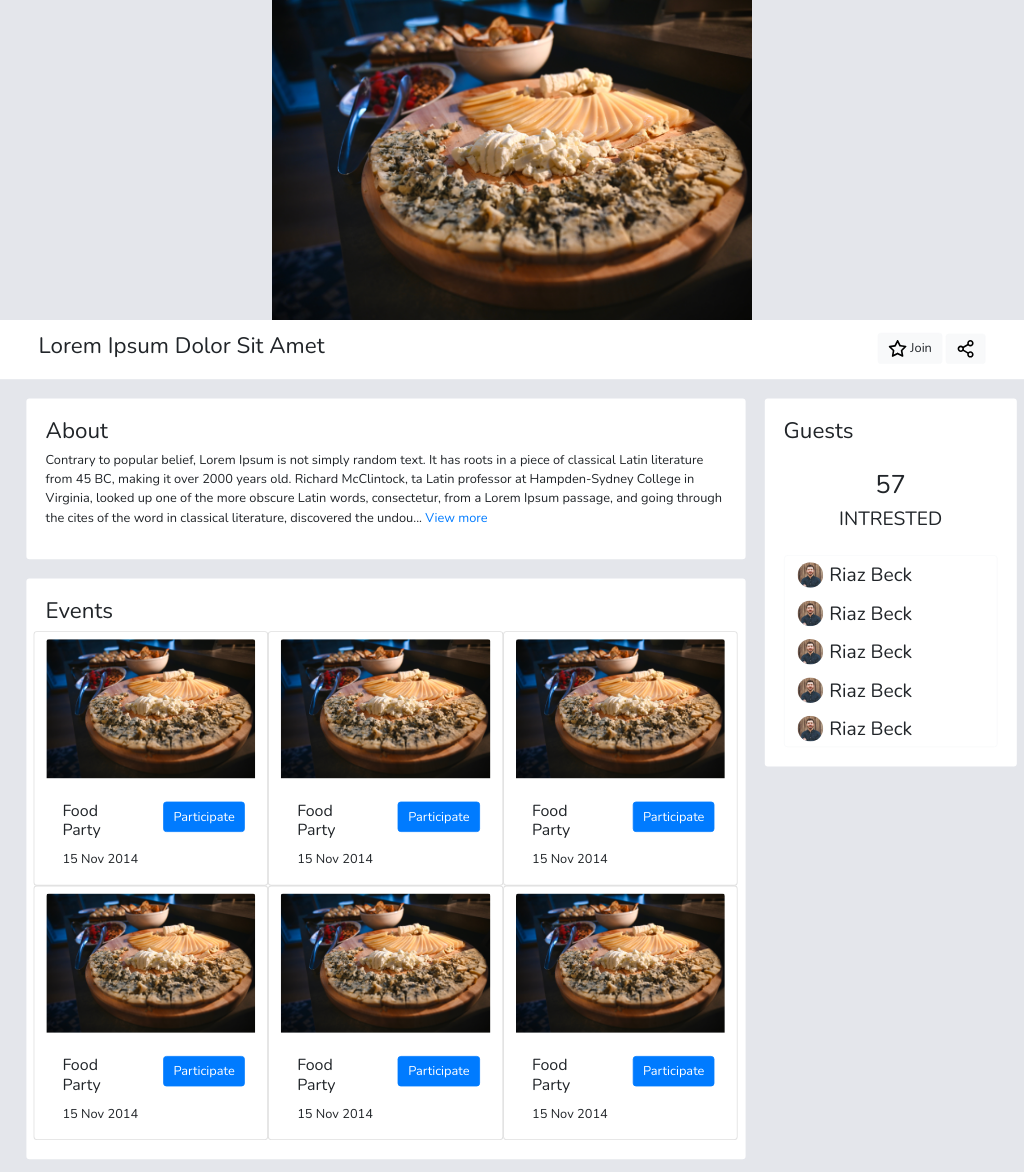
Repository: iamrachid/ensaevents
Page: club.html
The author's editor kept a copy of each file at every save. The page is drawn from the files as they stood at one save, then again after the next save.
The browser window is 1280 px wide. The pictures show the whole page, at 80% of full size.

Above is the page before, as saved 2021-11-25 19:25:44.

After the next save:
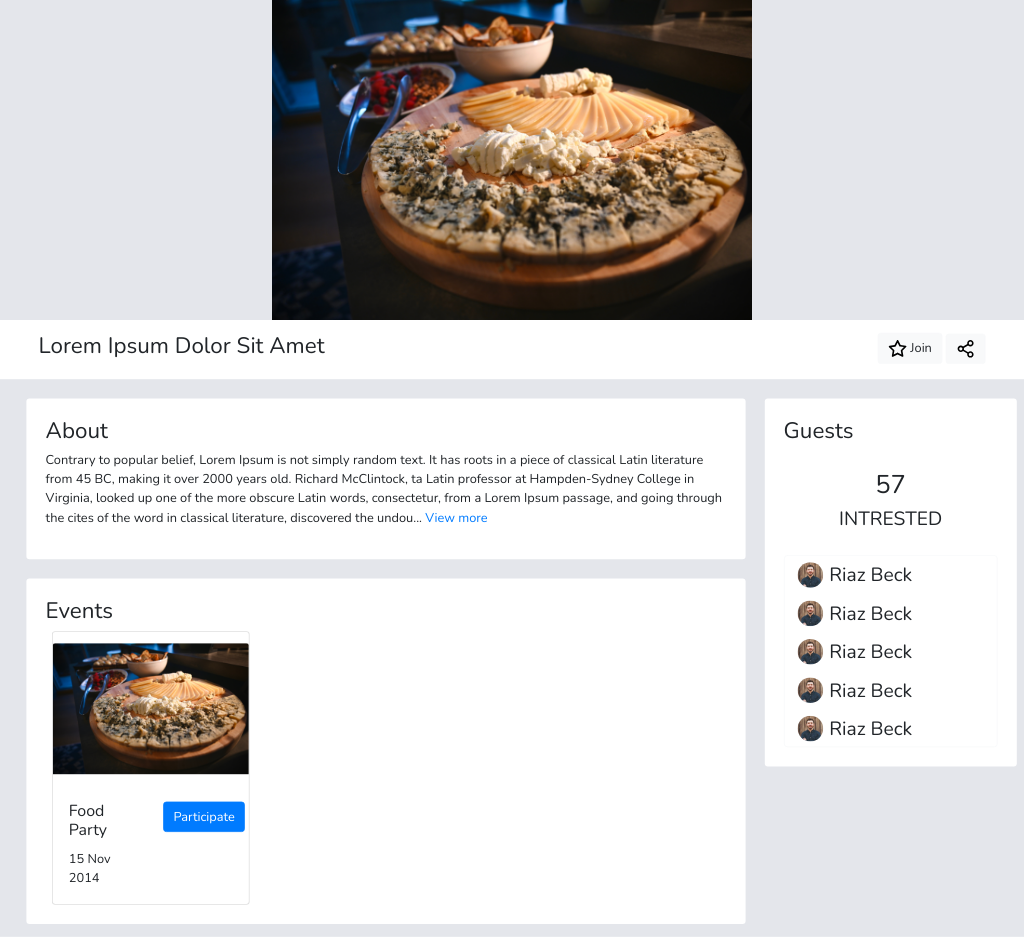
Saved 111 s later.
--- a/club.html
+++ b/club.html
@@ -107,91 +107,22 @@
                 <div class="bg-white mt-4 p-4 rounded">
                     <h3>Events</h3>
                     <div class="row">
-                        <div class="card rounded col-12 col-sm-6 col-md-4">
-                            <div class="card-img-box">
-                                <img class="card-img-top" src="assets/img/card-1.jpg" alt="Card image cap">
-                            </div>
-                            <div class="card-body row">
-                                <div class="col-6">
-                                    <h5 class="card-title">Food Party</h5>
-                                    <p class="card-text">15 Nov 2014</p>
+                        <div class="col-12 col-sm-6 col-md-4">
+                            <div class="card rounded mx-0 mx-sm-1 mx-md-2">
+                                <div class="card-img-box">
+                                    <img class="card-img-top" src="assets/img/card-1.jpg" alt="Card image cap">
                                 </div>
-                                <div class="col-6 text-right">
-                                    <a href="#" class="btn btn-primary">Participate</a>
+                                <div class="card-body row">
+                                    <div class="col-6">
+                                        <h5 class="card-title">Food Party</h5>
+                                        <p class="card-text">15 Nov 2014</p>
+                                    </div>
+                                    <div class="col-6 text-right">
+                                        <a href="#" class="btn btn-primary">Participate</a>
+                                    </div>
                                 </div>
                             </div>
                         </div>
-                        <div class="card rounded col-12 col-sm-6 col-md-4">
-                            <div class="card-img-box">
-                                <img class="card-img-top" src="assets/img/card-1.jpg" alt="Card image cap">
-                            </div>
-                            <div class="card-body row">
-                                <div class="col-6">
-                                    <h5 class="card-title">Food Party</h5>
-                                    <p class="card-text">15 Nov 2014</p>
-                                </div>
-                                <div class="col-6 text-right">
-                                    <a href="#" class="btn btn-primary">Participate</a>
-                                </div>
-                            </div>
-                        </div>
-                        <div class="card rounded col-12 col-sm-6 col-md-4">
-                            <div class="card-img-box">
-                                <img class="card-img-top" src="assets/img/card-1.jpg" alt="Card image cap">
-                            </div>
-                            <div class="card-body row">
-                                <div class="col-6">
-                                    <h5 class="card-title">Food Party</h5>
-                                    <p class="card-text">15 Nov 2014</p>
-                                </div>
-                                <div class="col-6 text-right">
-                                    <a href="#" class="btn btn-primary">Participate</a>
-                                </div>
-                            </div>
-                        </div>
-                        <div class="card rounded col-12 col-sm-6 col-md-4">
-                            <div class="card-img-box">
-                                <img class="card-img-top" src="assets/img/card-1.jpg" alt="Card image cap">
-                            </div>
-                            <div class="card-body row">
-                                <div class="col-6">
-                                    <h5 class="card-title">Food Party</h5>
-                                    <p class="card-text">15 Nov 2014</p>
-                                </div>
-                                <div class="col-6 text-right">
-                                    <a href="#" class="btn btn-primary">Participate</a>
-                                </div>
-                            </div>
-                        </div>
-                        <div class="card rounded col-12 col-sm-6 col-md-4">
-                            <div class="card-img-box">
-                                <img class="card-img-top" src="assets/img/card-1.jpg" alt="Card image cap">
-                            </div>
-                            <div class="card-body row">
-                                <div class="col-6">
-                                    <h5 class="card-title">Food Party</h5>
-                                    <p class="card-text">15 Nov 2014</p>
-                                </div>
-                                <div class="col-6 text-right">
-                                    <a href="#" class="btn btn-primary">Participate</a>
-                                </div>
-                            </div>
-                        </div>
-                        <div class="card rounded col-12 col-sm-6 col-md-4">
-                            <div class="card-img-box">
-                                <img class="card-img-top" src="assets/img/card-1.jpg" alt="Card image cap">
-                            </div>
-                            <div class="card-body row">
-                                <div class="col-6">
-                                    <h5 class="card-title">Food Party</h5>
-                                    <p class="card-text">15 Nov 2014</p>
-                                </div>
-                                <div class="col-6 text-right">
-                                    <a href="#" class="btn btn-primary">Participate</a>
-                                </div>
-                            </div>
-                        </div>
-
                     </div>
                 </div>
             </div>
